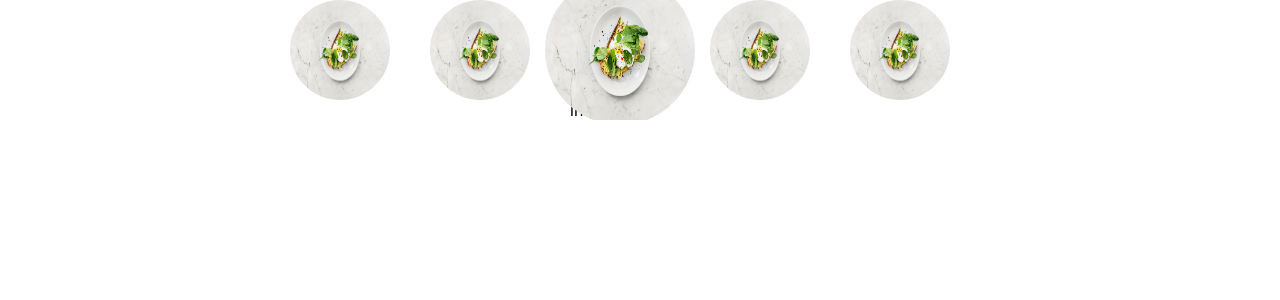
Repository: nambui98/slider
Page: /
The author's editor kept a copy of each file at every save. The page is drawn from the files as they stood at one save, then again after the next save.
The browser window is 1280 px wide. The pictures show the whole page.
The project was rebuilt for these pictures with package versions that can differ from the ones it lists, and the page was loaded fresh each time. Also part of the build but not shown: vite.config.ts.

Above is the page before, as saved 2022-04-12 09:57:49.

After the next save:
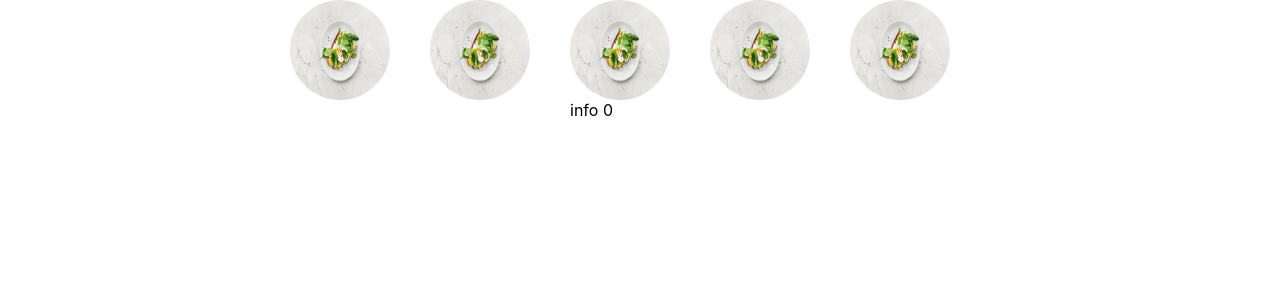
Saved 102 s later.
--- a/src/components/horizolslider/Horizolsider.tsx
+++ b/src/components/horizolslider/Horizolsider.tsx
@@ -36,7 +36,7 @@ const Item = styled.div`
     }
     &.active{
         img{
-            transform: scale(1.5)
+            /* transform: scale(1.5) */
         }
         .info{
             visibility: visible;
